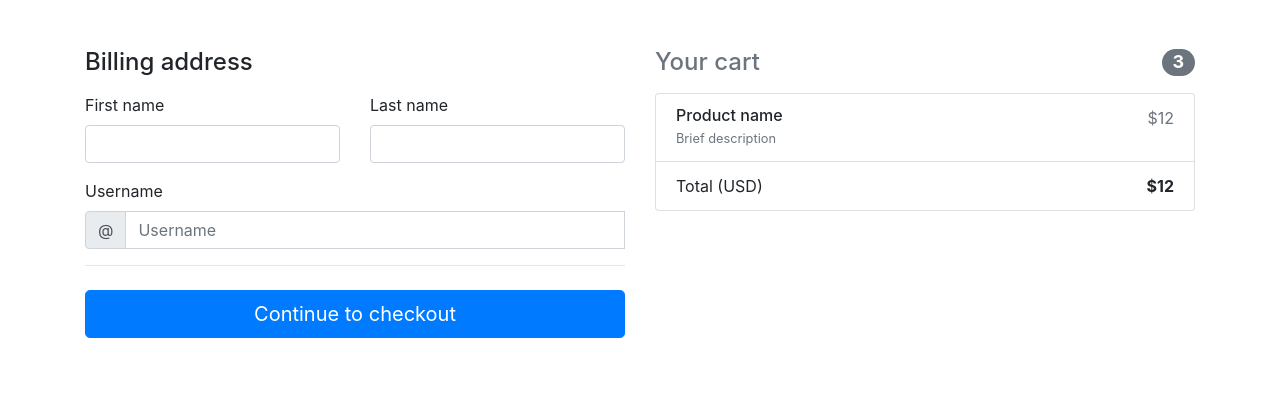
Repository: Szers222/MyProject
Page: http://localhost/MyProject/checkout.jsp
These files come from the project's save history. The page is drawn as it stood at one moment and after the next save; the edit follows.
The browser window is 1280 px wide. The pictures show the whole page.
The page is served by Tomcat 10. Other server files are loaded and not shown.

Above is the page before, as saved 2023-12-13 10:35:03.

### MyProject/src/main/webapp/checkout.jsp
<!DOCTYPE html>
<html lang="en">
<head>
  <meta charset="UTF-8">
  <meta name="viewport" content="width=device-width, initial-scale=1, shrink-to-fit=no">
  <title>Checkout</title>
  <link rel="stylesheet" href="https://stackpath.bootstrapcdn.com/bootstrap/4.5.2/css/bootstrap.min.css">
</head>
<body>

<div class="container mt-5">
  <div class="row">
    <div class="col-md-6 order-md-2 mb-4">
      <h4 class="d-flex justify-content-between align-items-center mb-3">
        <span class="text-muted">Your cart</span>
        <span class="badge badge-secondary badge-pill">3</span>
      </h4>
      <ul class="list-group mb-3">
        <li class="list-group-item d-flex justify-content-between lh-condensed">
          <div>
            <h6 class="my-0">Product name</h6>
            <small class="text-muted">Brief description</small>
          </div>
          <span class="text-muted">$12</span>
        </li>
        <!-- Add more items as needed -->
        <li class="list-group-item d-flex justify-content-between">
          <span>Total (USD)</span>
          <strong>$12</strong>
        </li>
      </ul>
    </div>
    <div class="col-md-6 order-md-1">
      <h4 class="mb-3">Billing address</h4>
      <form class="needs-validation" novalidate>
        <div class="row">
          <div class="col-md-6 mb-3">
            <label for="firstName">First name</label>
            <input type="text" class="form-control" id="firstName" placeholder="" value="" required>
            <div class="invalid-feedback">
              Valid first name is required.
            </div>
          </div>
          <div class="col-md-6 mb-3">
            <label for="lastName">Last name</label>
            <input type="text" class="form-control" id="lastName" placeholder="" value="" required>
            <div class="invalid-feedback">
              Valid last name is required.
            </div>
          </div>
        </div>

        <div class="mb-3">
          <label for="username">Username</label>
          <div class="input-group">
            <div class="input-group-prepend">
              <span class="input-group-text">@</span>
            </div>
            <input type="text" class="form-control" id="username" placeholder="Username" required>
            <div class="invalid-feedback" style="width: 100%;">
              Your username is required.
            </div>
          </div>
        </div>

        <!-- Add more input fields for address, payment details, etc. -->

        <hr class="mb-4">
        <button class="btn btn-primary btn-lg btn-block" type="submit">Continue to checkout</button>
      </form>
    </div>
  </div>
</div>

<script src="https://code.jquery.com/jquery-3.5.1.slim.min.js"></script>
<script src="https://cdn.jsdelivr.net/npm/@popperjs/core@2.9.1/dist/umd/popper.min.js"></script>
<script src="https://stackpath.bootstrapcdn.com/bootstrap/4.5.2/js/bootstrap.min.js"></script>
</body>
</html>

After the next save:
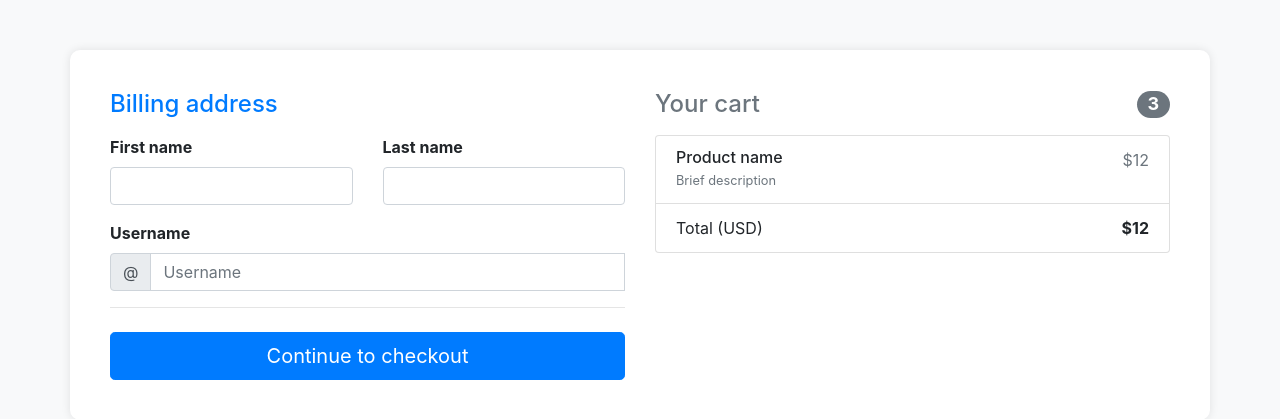
Saved 109 s later.
--- a/MyProject/src/main/webapp/checkout.jsp
+++ b/MyProject/src/main/webapp/checkout.jsp
@@ -5,10 +5,36 @@
   <meta name="viewport" content="width=device-width, initial-scale=1, shrink-to-fit=no">
   <title>Checkout</title>
   <link rel="stylesheet" href="https://stackpath.bootstrapcdn.com/bootstrap/4.5.2/css/bootstrap.min.css">
+  <style>
+    body {
+      background-color: #f8f9fa;
+    }
+    .container {
+      background-color: #ffffff;
+      box-shadow: 0 0 10px rgba(0, 0, 0, 0.1);
+      border-radius: 10px;
+      padding: 40px;
+      margin-top: 50px;
+    }
+    h4 {
+      color: #007bff;
+    }
+    label {
+      font-weight: bold;
+    }
+    .btn-primary {
+      background-color: #007bff;
+      border-color: #007bff;
+    }
+    .btn-primary:hover {
+      background-color: #0056b3;
+      border-color: #0056b3;
+    }
+  </style>
 </head>
 <body>
 
-<div class="container mt-5">
+<div class="container">
   <div class="row">
     <div class="col-md-6 order-md-2 mb-4">
       <h4 class="d-flex justify-content-between align-items-center mb-3">
